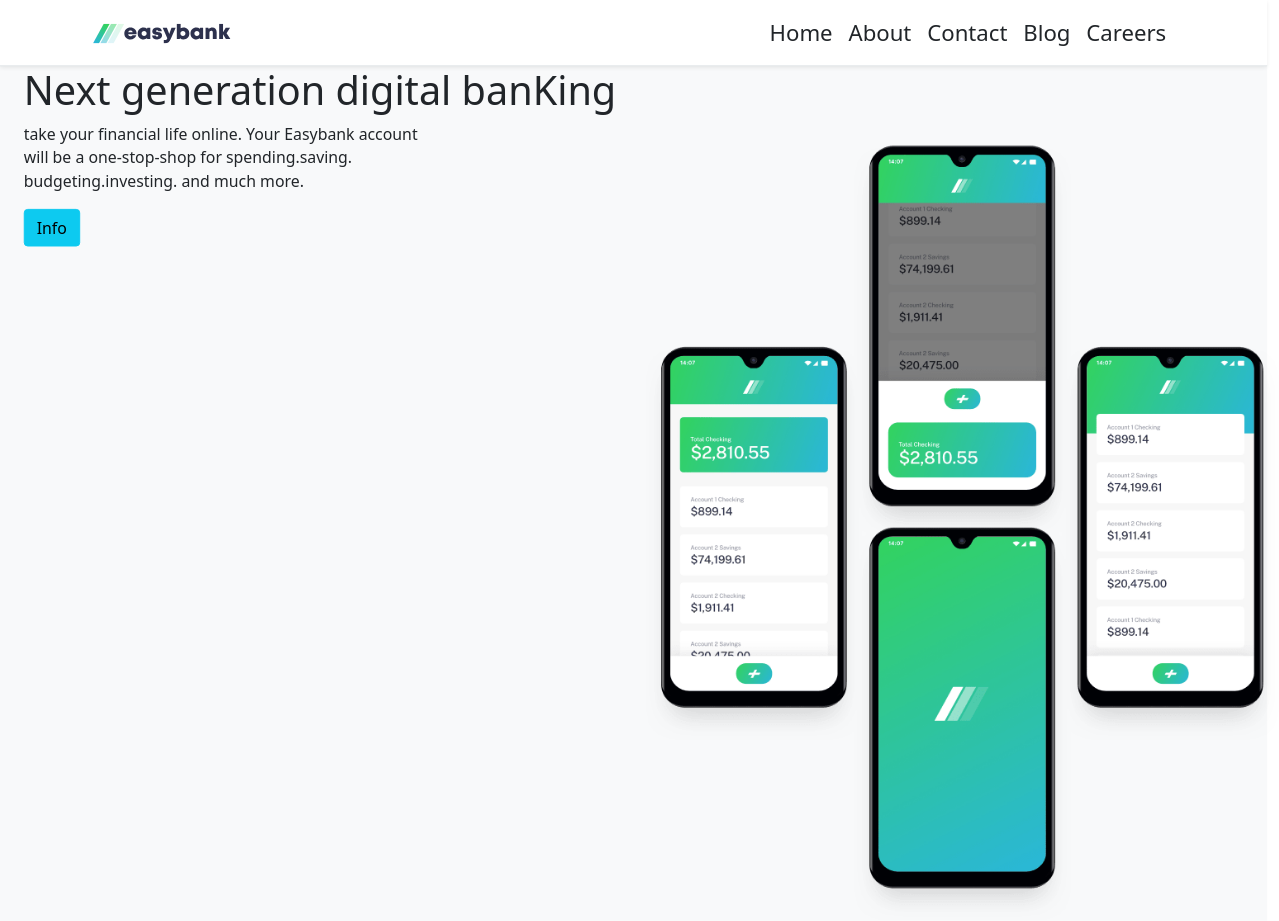
Repository: devbastos/easy-Bank
Page: / (app in frontend/)
An editor plug-in stored every save of this project. The page is shown before and after the next save, followed by the edit.
The browser window is 1280 px wide. The page is 1292 px wide, so the pictures cover 1292 px, including what lies to the right of the window. The pictures show the whole page, at 99% of full size.
Some web libraries are served in a nearby version. The project was rebuilt for these pictures with package versions that can differ from the ones it lists, and the page was loaded fresh each time.

Above is the page before, as saved 2022-02-03 18:43:54.

### frontend/src/index.html
<!doctype html>
<html lang="en">
<head>
  <meta charset="utf-8">
  <title>Frontend</title>
  <base href="/">
  <meta name="viewport" content="width=device-width, initial-scale=1">
  <link rel="icon" type="image/x-icon" href="favicon.ico">
  <link rel="stylesheet" href="../node_modules/bootstrap/dist/css/bootstrap.css">
  <link rel="stylesheet" href="../node_modules/bootstrap-icons/font/bootstrap-icons.css">
  <!-- CSS only -->
<link href="https://cdn.jsdelivr.net/npm/bootstrap@5.1.3/dist/css/bootstrap.min.css" rel="stylesheet" integrity="sha384-1BmE4kWBq78iYhFldvKuhfTAU6auU8tT94WrHftjDbrCEXSU1oBoqyl2QvZ6jIW3" crossorigin="anonymous">
</head>
<body>
  <app-root></app-root>

  <script src="/node_modules/bootstrap/dist/js/bootstrap.bundle.js" crossorigin="anonymous"></script>
  <!-- JavaScript Bundle with Popper -->
<script src="https://cdn.jsdelivr.net/npm/bootstrap@5.1.3/dist/js/bootstrap.bundle.min.js" integrity="sha384-ka7Sk0Gln4gmtz2MlQnikT1wXgYsOg+OMhuP+IlRH9sENBO0LRn5q+8nbTov4+1p" crossorigin="anonymous"></script>
  <!-- JavaScript Bundle with Popper -->
<script src="https://cdn.jsdelivr.net/npm/bootstrap@5.1.3/dist/js/bootstrap.bundle.min.js" integrity="sha384-ka7Sk0Gln4gmtz2MlQnikT1wXgYsOg+OMhuP+IlRH9sENBO0LRn5q+8nbTov4+1p" crossorigin="anonymous"></script>
</body>
</html>

### frontend/src/app/app.module.ts
import { NgModule } from '@angular/core';
import { BrowserModule } from '@angular/platform-browser';

import { AppRoutingModule } from './app-routing.module';
import { AppComponent } from './app.component';
import { NavbarComponent } from './template/navbar/navbar.component';
import { BrowserAnimationsModule } from '@angular/platform-browser/animations';
import { HeaderComponent } from './template/header/header.component';

@NgModule({
  declarations: [
    AppComponent,
    NavbarComponent,
    HeaderComponent,

  ],
  imports: [
    BrowserModule,
    AppRoutingModule,
    BrowserAnimationsModule
  ],
  providers: [],
  bootstrap: [AppComponent]
})
export class AppModule { }

### frontend/src/app/app.component.ts
import { Component } from '@angular/core';

@Component({
  selector: 'app-root',
  templateUrl:'app.Component.html',
})
export class AppComponent {
  title = 'frontend';
}

### frontend/src/app/app.Component.html
<app-navbar></app-navbar>
<app-header></app-header>

### frontend/src/app/template/navbar/navbar.component.html


    <nav class="navbar navbar-expand-lg navbar-dark  border-bottom shadow-sm">
      <div class="container">
          <a class="navbar-brand" href=""><svg xmlns="http://www.w3.org/2000/svg" width="139" height="20"><defs><linearGradient id="a" x1="72.195%" x2="17.503%" y1="0%" y2="100%"><stop offset="0%" stop-color="#33D35E"/><stop offset="100%" stop-color="#2AB6D9"/></linearGradient></defs><g fill="none" fill-rule="evenodd"><path fill="#2D314D" fill-rule="nonzero" d="M37.754 15.847c2.852 0 5.152-1.622 5.952-4.216h-3.897c-.376.665-1.14 1.066-2.055 1.066-1.237 0-2.065-.674-2.32-1.978h8.44c.051-.352.081-.694.081-1.037 0-3.335-2.537-5.95-6.201-5.95-3.568 0-6.175 2.564-6.175 6.049 0 3.473 2.628 6.066 6.175 6.066zm2.344-7.297h-4.596c.317-1.129 1.11-1.749 2.252-1.749 1.181 0 2 .613 2.344 1.75zm10.946 7.296c1.32 0 2.5-.434 3.43-1.188l.336.804h3.027V4.093h-2.919l-.4.88c-.94-.775-2.135-1.222-3.474-1.222-3.476 0-5.961 2.505-5.961 6.026 0 3.533 2.485 6.07 5.961 6.07zm.524-3.467c-1.467 0-2.545-1.108-2.545-2.593 0-1.475 1.069-2.583 2.545-2.583 1.466 0 2.544 1.108 2.544 2.583 0 1.485-1.078 2.593-2.544 2.593zm13.123 3.467c3.02 0 5.025-1.554 5.025-3.93 0-2.883-2.387-3.256-4.183-3.575-1.08-.193-1.95-.344-1.95-.99 0-.527.422-.838 1.05-.838.71 0 1.197.337 1.197 1.063h3.667c-.044-2.303-1.92-3.843-4.816-3.843-2.912 0-4.854 1.47-4.854 3.75 0 2.757 2.337 3.289 4.1 3.574 1.092.181 1.952.368 1.952 1.024 0 .587-.543.88-1.116.88-.742 0-1.32-.383-1.32-1.214h-3.77c.036 2.463 1.919 4.1 5.018 4.1zm8.1 3.858c2.936 0 4.344-1.257 5.877-4.736l4.764-10.863h-4.206l-2.249 6.263-2.412-6.263H70.31l4.698 10.43c-.53 1.414-.983 1.804-2.48 1.804H71.45v3.365h1.341zm18.504-3.858c3.5 0 5.973-2.515 5.973-6.048S94.796 3.75 91.295 3.75a5.332 5.332 0 00-2.825.784V0H84.6v15.474h2.897l.37-.844c.923.771 2.102 1.216 3.428 1.216zm-.523-3.467c-1.467 0-2.545-1.108-2.545-2.58 0-1.486 1.078-2.594 2.545-2.594 1.466 0 2.544 1.108 2.544 2.593 0 1.473-1.087 2.58-2.544 2.58zm13.598 3.467c1.32 0 2.5-.434 3.43-1.188l.336.804h3.027V4.093h-2.918l-.401.88c-.939-.775-2.135-1.222-3.474-1.222-3.476 0-5.96 2.505-5.96 6.026 0 3.533 2.484 6.07 5.96 6.07zm.524-3.467c-1.467 0-2.545-1.108-2.545-2.593 0-1.475 1.07-2.583 2.545-2.583 1.467 0 2.545 1.108 2.545 2.583 0 1.485-1.078 2.593-2.545 2.593zm12.653 3.095V9.403c0-1.447.702-2.3 1.923-2.3.986 0 1.483.657 1.483 1.98v6.39h3.915V8.543c0-2.897-1.733-4.773-4.373-4.773-1.47 0-2.733.565-3.58 1.508l-.537-1.172h-2.747v11.369h3.916zm13.748 0v-4.808l2.848 4.808h4.616l-3.902-5.95 3.543-5.419h-4.397l-2.708 4.454V0h-3.916v15.474h3.916z"/><g fill="url(#a)"><path d="M10.802 0L0 19.704h5.986L16.789 0z"/><path opacity=".5" d="M18.171 0L7.368 19.704h5.986L24.157 0z"/><path opacity=".15" d="M25.539 0L14.737 19.704h5.986L31.525 0z"/></g></g></svg></a>
          <button class="navbar-toggler" type="button" data-bs-toggle="collapse" data-bs-target=".navbar-collapse">
            <svg xmlns="http://www.w3.org/2000/svg" width="30" height="30" fill="currentColor" class="bi bi-list" viewBox="0 0 16 16">
              <path fill-rule="evenodd" d="M2.5 12a.5.5 0 0 1 .5-.5h10a.5.5 0 0 1 0 1H3a.5.5 0 0 1-.5-.5zm0-4a.5.5 0 0 1 .5-.5h10a.5.5 0 0 1 0 1H3a.5.5 0 0 1-.5-.5zm0-4a.5.5 0 0 1 .5-.5h10a.5.5 0 0 1 0 1H3a.5.5 0 0 1-.5-.5z"/>
            </svg>
          </button>
          <div class="navbar-collapse collapse">
              <ul class="navbar-nav flex-grow-1 ">

              </ul>

              <div class="align-self-center">
                  <ul class="navbar-nav">
                    <li class="nav-item">
                      <a class="nav-link text-dark text-dark" aria-current="page" href="#">Home</a>
                    </li>
                    <li class="nav-item">
                      <a class="nav-link text-dark" href="#">About</a>
                    </li>
                    <li class="nav-item">
                      <a class="nav-link text-dark" href="#">Contact</a>
                    </li>
                    <li class="nav-item">
                      <a class="nav-link text-dark">Blog</a>
                    </li>
                    <li class="nav-item">
                        <a class="nav-link text-dark">Careers</a>
                      </li>
                  </ul>
              </div>

              <!-- <div class="align-self-end">
                <ul class="navbar-nav">
                  <li class="nav-item" id="btn">
                      <a class="nav-link" href="">Request Invite</a>
                  </li>
              </ul>
              </div> -->
          </div>
      </div>
  </nav>

### frontend/src/app/template/navbar/navbar.component.css
.navbar-toggler {
  color: black;
  margin-right: 1.5rem;
}

.nav-link {
  font-size: 1.4rem;
}

.nav-item :hover {
  text-decoration: overline 3px #31d35c9c;
  transform: scale(1, 1);
  transition: 0.3s ease;
}
/*
#btn {
  background: 50% rgb(45, 49, 77);
  background: 50%
    linear-gradient(
      90deg,
      rgba(45, 49, 77, 0.719) 24%,
      #31d35c9c 51%,
      rgba(43, 183, 218, 0.664) 100%
    );
  color: #fff;
  border-radius: 10rem;
  margin-left: 5rem;
} */

### frontend/src/app/template/header/header.component.html
<div class="container-fluid bg-light">
    <div class="row">
        <div class="col-6">
            <h1>Next generation digital banKing</h1>

            <p>take your financial life online. Your Easybank account <br>
                will be a one-stop-shop for spending.saving.<br>
                budgeting.investing. and much more.
            </p>

            <button type="button" class="btn btn-info">Info</button>
        </div>

        <div class="col-6">
            <img src="/assets/images/image-mockups.png" alt="">
        </div>
    </div>
</div>

### frontend/src/app/template/header/header.component.css
img {
  max-width: 40rem;
  margin-top: 5rem;
}

Loaded but not shown: frontend/src/main.ts (common file); frontend/src/environments/environment.ts (common file); frontend/src/app/app-routing.module.ts (common file); frontend/src/app/template/navbar/navbar.component.ts (common file); frontend/src/app/template/header/header.component.ts (common file)

After the next save:
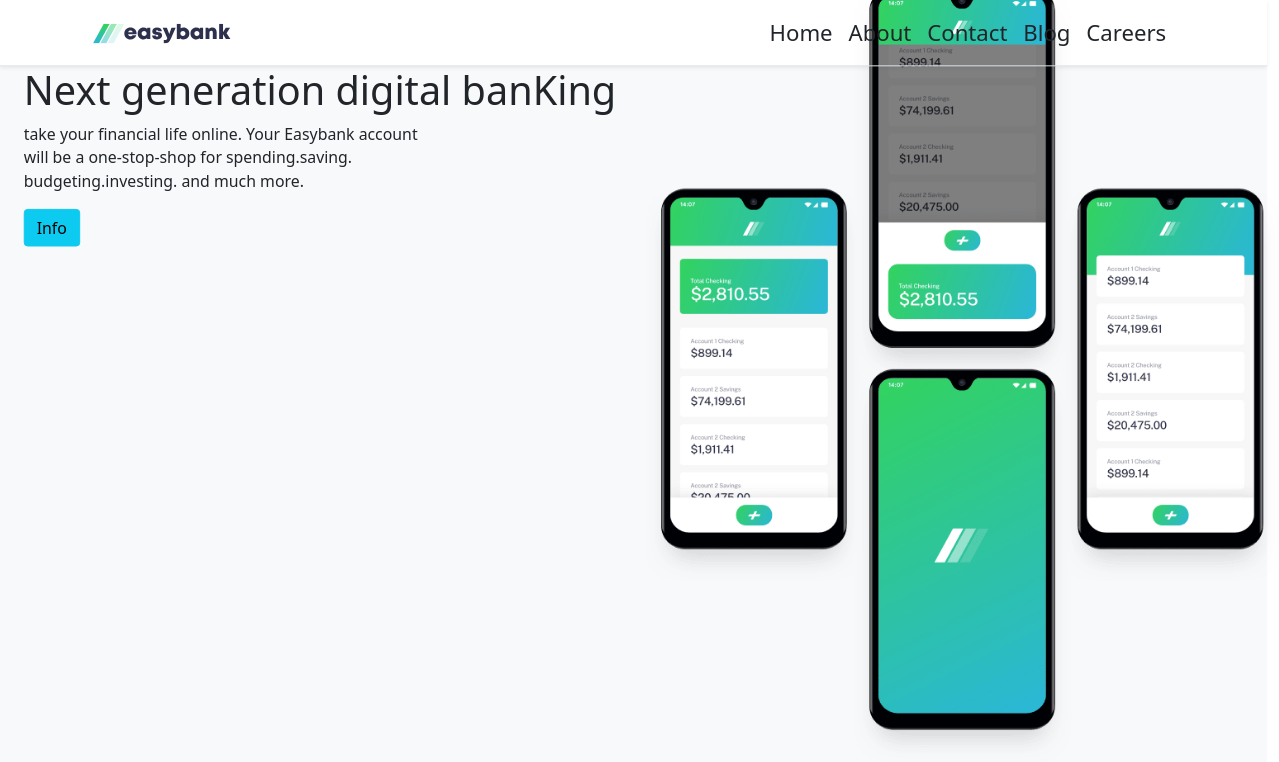
Saved 31 s later.
--- a/frontend/src/app/template/header/header.component.css
+++ b/frontend/src/app/template/header/header.component.css
@@ -1,4 +1,4 @@
 img {
   max-width: 40rem;
-  margin-top: 5rem;
+  margin-top: -5rem;
 }

After the save that followed:
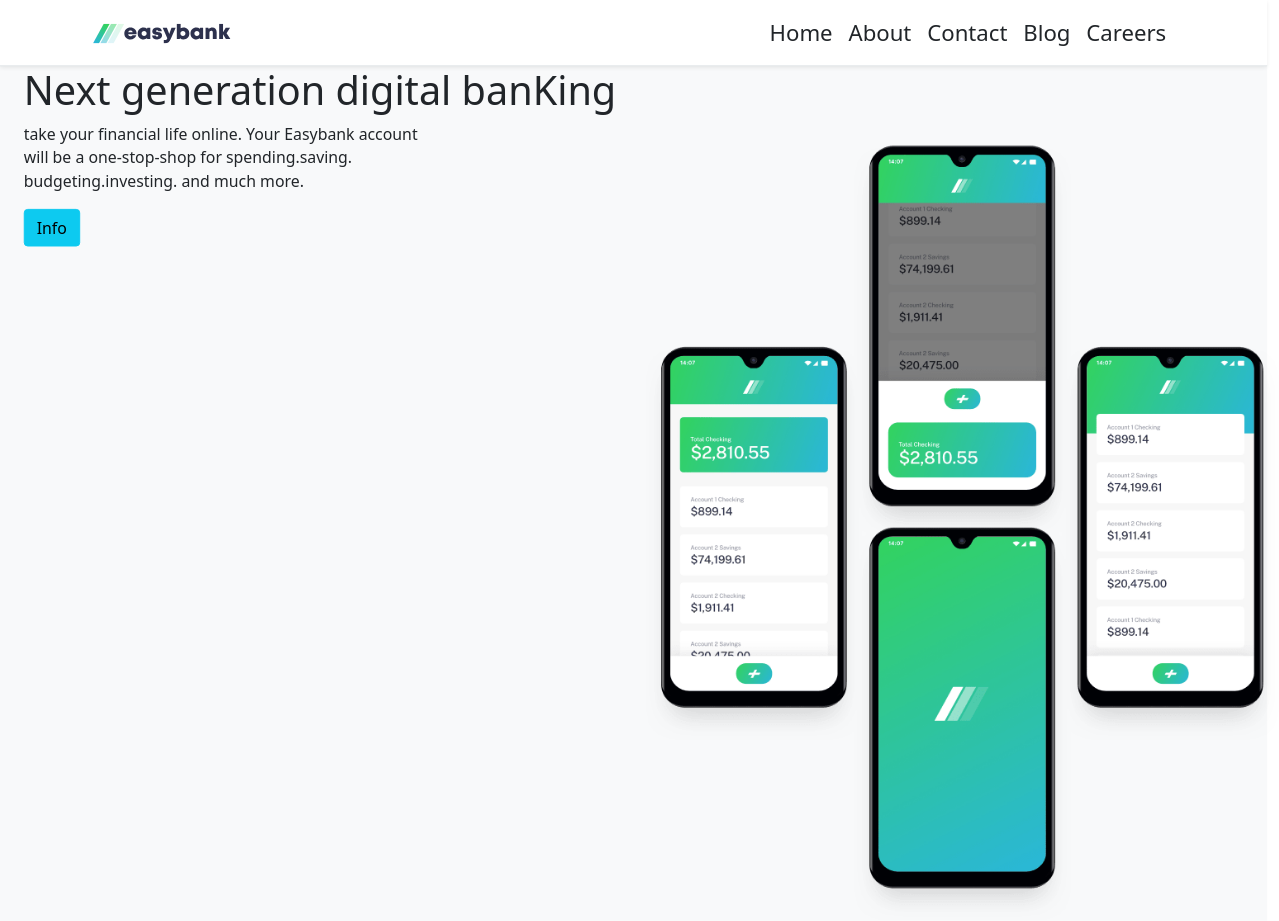
Saved 8 s later.
--- a/frontend/src/app/template/header/header.component.css
+++ b/frontend/src/app/template/header/header.component.css
@@ -1,4 +1,4 @@
 img {
   max-width: 40rem;
-  margin-top: -5rem;
+  margin-top: 5rem;
 }
